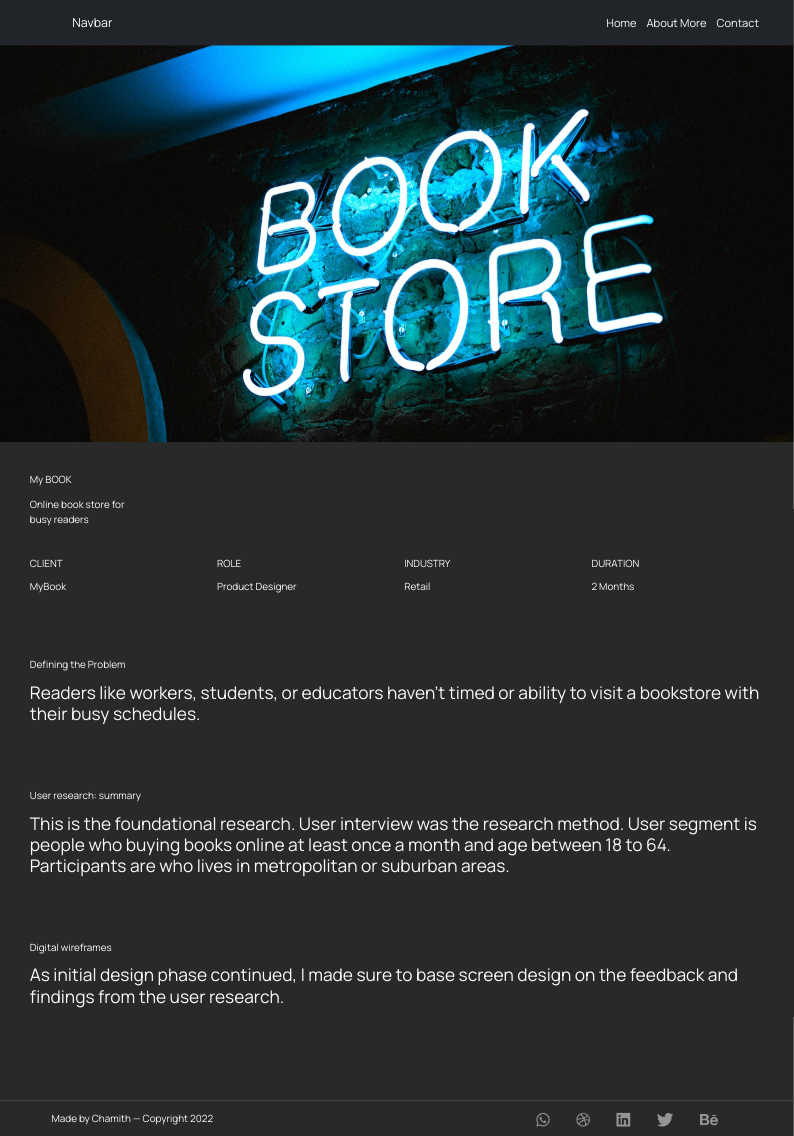
Repository: Realchamithweb/chamith-html
Page: work.html
An editor plug-in stored every save of this project. The page is shown before and after a run of saves, followed by the edit.
The browser window is 1280 px wide. The pictures show the whole page, at 62% of full size.

Above is the page before, as saved 2023-01-24 07:27:43.

### work.html
<!doctype html>
<html lang="en">
  <head>
    <!-- Required meta tags -->
    <meta charset="utf-8">
    <meta name="viewport" content="width=device-width, initial-scale=1">
    <link rel="stylesheet" href="/css/style.css">
    <!-- Bootstrap CSS -->
    <link href="https://cdn.jsdelivr.net/npm/bootstrap@5.0.2/dist/css/bootstrap.min.css" rel="stylesheet" integrity="sha384-EVSTQN3/azprG1Anm3QDgpJLIm9Nao0Yz1ztcQTwFspd3yD65VohhpuuCOmLASjC" crossorigin="anonymous">
    <link rel="stylesheet" href="https://fonts.googleapis.com/css?family=Manrope">
    <title>Hello, world!</title>
  </head>
  <body>
    <div class="main">
            <div class="head">
                <nav class="navbar navbar-expand-lg navbar-light bg-dark">
                    <div class="container-fluid">
                        <div class="col-md-1"></div>
                    <a class="navbar-brand col-md-8 text-light" href="/index.html">Navbar</a>
                    <button class="navbar-toggler" type="button" data-bs-toggle="collapse" data-bs-target="#navbarNavDropdown" aria-controls="navbarNavDropdown" aria-expanded="false" aria-label="Toggle navigation">
                        <span class="navbar-toggler-icon"></span>
                    </button>
                    <div class="collapse navbar-collapse" id="navbarNavDropdown">
                        <ul class="navbar-nav">
                        <li class="nav-item">
                            <a class="nav-link active text-light" aria-current="page" href="/index.html">Home</a>
                        </li>
                        <li class="nav-item">
                            <a class="nav-link text-light" href="/work.html">About More</a>
                        </li>
                        <li class="nav-item">
                            <a class="nav-link text-light" href="/contact.html">Contact</a>
                        </li>
                        </ul>
                    </div>
                    </div>
                </nav>
            </div>
            <section>
                <div class="row">
                    <img src="/inc/work-top.png" class="work-hero">
                </div>
            </section>
            <section>
                <div class="row">
                    <div class="container-fluid text-light ms-5 mt-5">
                        <p>My BOOK</p>
                        <h>Online book store for<br>
                            busy readers </h3>
                    </div>
                </div>
                <div class="row p-5">
                        <div class="col-lg-3 text-light">
                            <p>CLIENT</p>
                            <h6>MyBook</h6>
                        </div>
                        <div class="col-lg-3 text-light">
                            <p>ROLE</p>
                            <h6>Product Designer</h6>
                        </div>
                        <div class="col-lg-3 text-light">
                            <p>INDUSTRY</p>
                            <h6>Retail</h6>
                        </div>
                        <div class="col-lg-3 text-light">
                            <p>DURATION</p>
                            <h6>2 Months</h6>
                        </div>
                </div>
            </section>
            <section>
                <div class="row p-5">
                    <div class="col-lg-12 text-light">
                        <p>Defining the Problem</p>
                        <h3>Readers like workers, students, or educators haven't timed or ability to visit a bookstore with their busy schedules.</h3>
                    </div>
                </div>
            </section>
            <section>
                <div class="row p-5">
                    <div class="col-lg-12 text-light">
                        <p>User research: summary</p>
                        <h3>This is the foundational research. User interview was the research method. User segment is people who buying books online at least once a month and age between 18 to 64. Participants are who lives in metropolitan or suburban areas.</h3>
                    </div>
                </div>
            </section>
            <section>
                <div class="row p-5">
                    <div class="col-lg-12 text-light">
                        <p>Digital wireframes</p>
                        <h3>As initial design phase continued, I made sure to base screen design on the feedback and findings from the user research.</h3>
                    </div>
                </div>
            </section>
            <section>
                <div class="row p-5">
                    <div class="col-lg-4">

                    </div>
                    <div class="col-lg-4">

                    </div>
                    <div class="col-lg-4">

                    </div>
                </div>
            </section>
            <section>
              <div class="footer">
                  <div class="container-fluid">
                      <div class="row">
                          <hr class="text-light">
                          <div class="col-lg-4 text-center text-light mb-3">Made by Chamith — Copyright 2022</div>
                          <div class="col-lg-4 mb-3"></div>
                          <div class="col-lg-4 mb-3"><img src="/inc/Icons.png" class="img02"></div>
                      </div>
                  </div>
              </div>
          </section>

  </div>


    <!-- Optional JavaScript; choose one of the two! -->

    <!-- Option 1: Bootstrap Bundle with Popper -->
    <script src="https://cdn.jsdelivr.net/npm/bootstrap@5.0.2/dist/js/bootstrap.bundle.min.js" integrity="sha384-MrcW6ZMFYlzcLA8Nl+NtUVF0sA7MsXsP1UyJoMp4YLEuNSfAP+JcXn/tWtIaxVXM" crossorigin="anonymous"></script>

    <!-- Option 2: Separate Popper and Bootstrap JS -->
    <!--
    <script src="https://cdn.jsdelivr.net/npm/@popperjs/core@2.9.2/dist/umd/popper.min.js" integrity="sha384-IQsoLXl5PILFhosVNubq5LC7Qb9DXgDA9i+tQ8Zj3iwWAwPtgFTxbJ8NT4GN1R8p" crossorigin="anonymous"></script>
    <script src="https://cdn.jsdelivr.net/npm/bootstrap@5.0.2/dist/js/bootstrap.min.js" integrity="sha384-cVKIPhGWiC2Al4u+LWgxfKTRIcfu0JTxR+EQDz/bgldoEyl4H0zUF0QKbrJ0EcQF" crossorigin="anonymous"></script>
    -->
  </body>
</html>

### css/style.css
.main{
    background-color: #292929;
    font-family: 'Manrope', serif;
    overflow-x: hidden;

}
.navbar{
    padding-top: 15px!important;
    padding-bottom: 15px!important;
}
.nav-link{
    font-size: 18px!important;
}
.hero{
    margin-top: 66px;
}

.hero-img{
    margin-top: 3em;
}

.hero-title{
    font-style: normal;
    font-weight: 400;
    font-size: 54px;
    line-height: 64px;
    margin-left: 96px;
}

.hero-text{
    font-style: normal;
    font-weight: 400;
    font-size: 20px;
    line-height: 30px;
    margin-left: 96px;
}

.hero-btn{
    margin-left: 96px;
}

.work-img:hover img{
        opacity: 0.5;
}

.work-img {
    position: relative;
  }

  .bg-color
  .work-img img {
    width: 100%;
    opacity: 1;
    transition: opacity 0.5s;
  }
.work-img .text {
    position: absolute;
    top: 50%;
    left: 50%;
    transform: translate(-50%, -50%);
    text-align: center;
    color: white;
  }

  .work-hero{
    width: 1440px;
    height: 640px;
    left: 0px;
    top: 0px;
  }
/*
.hero-title{
    position: absolute;
    width: 824px;
    height: 192px;
    left: 96px;
    top: 240px;

    font-family: 'Inter';
    font-style: normal;
    font-weight: 400;
    font-size: 54px;
    line-height: 64px;
    color: #000000;
}

.hero-text{
    position: absolute;
    width: 824px;
    height: 90px;
    left: 96px;
    top: 456px;

    font-family: 'Inter';
    font-style: normal;
    font-weight: 400;
    font-size: 20px;
    line-height: 30px;
    /* or 150% */
    /* color: #000000
}

.hero-btn{
    box-sizing: border-box;
    position: absolute;
    width: 341.57px;
    height: 57px;
    left: 96px;
    top: 634px;

    background: #FFFFFF;
    border: 1px solid #000000;
    border-radius: 4px;
}

.f-row{
    display: flex;
    flex-direction: row;
    justify-content: center;
    align-items: center;
    padding: 8px;
    gap: 32px;

    position: absolute;
    height: 48px;
    left: 96px;
    top: 836px;
}

.img00{
    display: flex;
    flex-direction: row;
    justify-content: center;
    align-items: center;
    padding: 8px;
    gap: 32px;

    position: absolute;
    width: 198px;
    height: 48px;
    left: 96px;
    top: 836px;

}

.img01{
    position: absolute;
    width: 612px;
    height: 888px;
    left: 96px;
    top: 964px;
    border-radius: 4px;
}

.img01:hover{
    background: linear-gradient(0deg, rgba(0, 0, 0, 0.6), rgba(0, 0, 0, 0.6)), url("/inc/Bookstore.png"), #292929;
}

.img02{
    position: absolute;
    width: 612px;
    height: 888px;
    left: 732px;
    top: 1102px;

    background: url(3ffea8135910975.Y3JvcCwxMDgwLDg0NCwwLDExNw.png), #292929;
    border-radius: 4px;
}  */

After the next 10 saves:
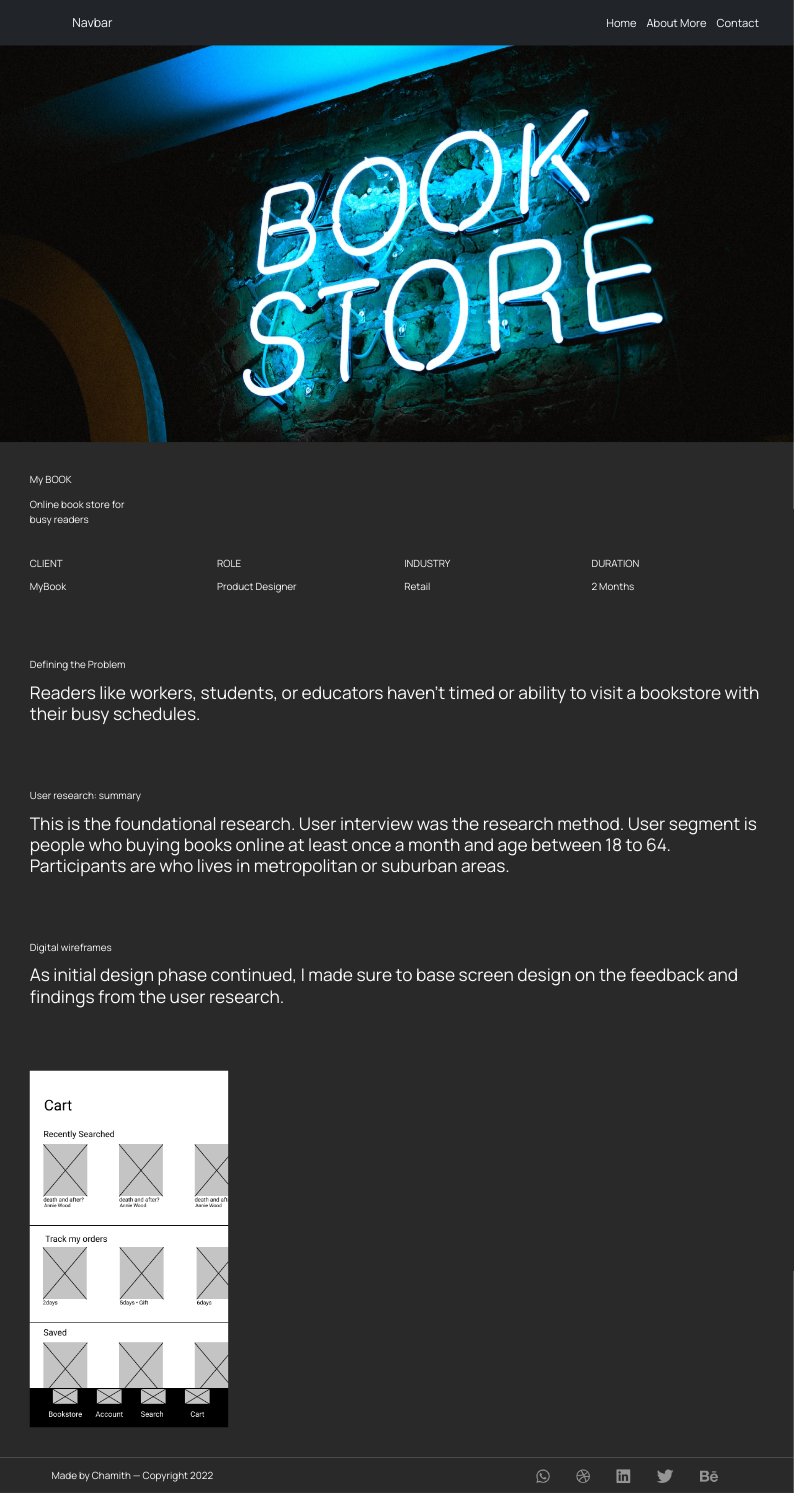
The 10 saves are shown as one change because they came seconds apart.
The last was saved 3 min 49 s later.
--- a/work.html
+++ b/work.html
@@ -95,7 +95,7 @@
             <section>
                 <div class="row p-5">
                     <div class="col-lg-4">
-
+                        <img src="/inc/Cart.png">
                     </div>
                     <div class="col-lg-4">
 
